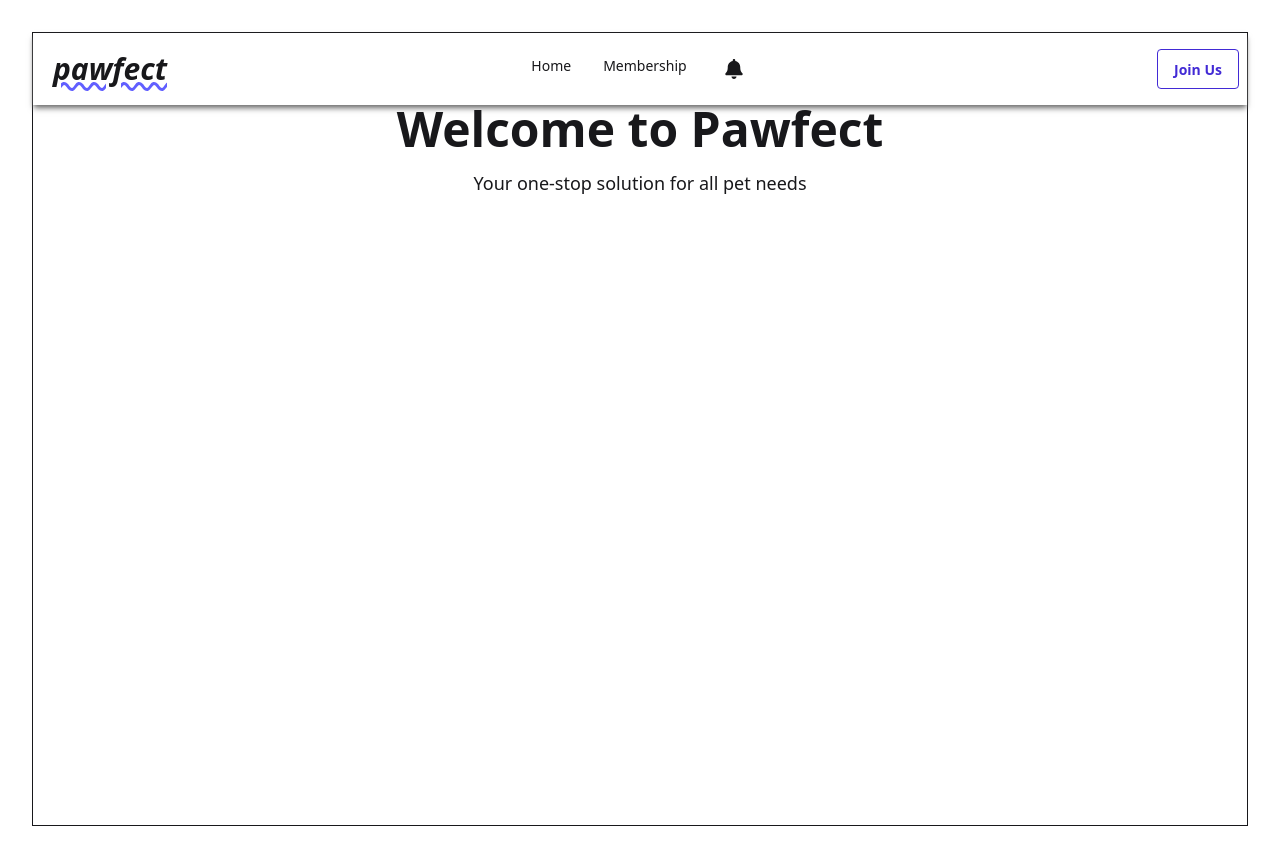
Repository: syedbayzid82849/DevForum_client_site
Page: /
These files come from the project's save history. The page is drawn as it stood at one moment and after a run of saves; the edit follows.
The browser window is 1280 px wide. The pictures show the whole page.
The project was rebuilt for these pictures with package versions that can differ from the ones it lists, and the page was loaded fresh each time. Also part of the build but not shown: vite.config.js, src/App.jsx, src/components/Navbar/JoinUsModal.jsx, src/pages/Authentication/Login.jsx, src/pages/Authentication/AuthLayout.jsx, src/pages/Authentication/Register.jsx.

Above is the page before, as saved 2025-07-08 22:51:25.

### src/main.jsx
import { StrictMode } from 'react'
import { createRoot } from 'react-dom/client'
import './index.css'
import App from './App.jsx'
import { RouterProvider } from 'react-router'
import router from './Routers/router.jsx'
import AuthProvider from './context/AuthProvider.jsx'

createRoot(document.getElementById('root')).render(
  <StrictMode>
    <AuthProvider>
      <RouterProvider router={router} />
    </AuthProvider>
  </StrictMode>,
)

### src/Routers/router.jsx
import React from 'react';
import { createBrowserRouter } from 'react-router';
import MainLayout from '../layouts/MainLayout/MainLayout';
import Login from '../pages/Authentication/Login';
import Home from '../pages/Home/Home';
import AuthLayout from '../pages/Authentication/AuthLayout';
import Register from '../pages/Authentication/Register';

const router = createBrowserRouter([
    {
        path: "/",
        element: <MainLayout></MainLayout>,
        children: [
            {
                index: true,
                element: <Home />,
            },
        ],
    },
    {
        path: "/",
        element: <AuthLayout />,
        children: [
            {
                path: "/login",
                element: <Login />,
            },
            {
                path: "/register",
                element: <Register />,
            },
        ],
    },
]);

export default router;

### src/context/AuthProvider.jsx
import React, { useEffect, useState } from 'react';
import { createUserWithEmailAndPassword, GithubAuthProvider, GoogleAuthProvider, onAuthStateChanged, signInWithEmailAndPassword, signInWithPopup, signOut, updateProfile } from "firebase/auth";
import { AuthContext } from '../context/AuthContext';
import { auth } from '../firebase/firebase.init';


const AuthProvider = ({ children }) => {
    const provider = new GoogleAuthProvider();
    // loading
    const [loading, setLoading] = useState(true);
    // user chack
    const [user, setUser] = useState(null);
    console.log(user);

    // create user with name, email, password, photoURL
    const createUserWithEP = (email, password) => {
        setLoading(true);
        return createUserWithEmailAndPassword(auth, email, password)
    }

    // log in user with email and password
    const loginUserWithEP = (email, password) => {
        setLoading(true);
        return signInWithEmailAndPassword(auth, email, password)
    }

    // sign in with google
    const userWithGoogle = () => {
        setLoading(true);
        return signInWithPopup(auth, provider)
    }


    // update user profile (new function)
    const updateUserProfile = (name, photo) => {
        setLoading(true);
        return updateProfile(auth.currentUser, {
            displayName: name,
            photoURL: photo
        });
    }

    // sign out user
    const signOutUser = () => {
        setLoading(true);
        return signOut(auth);
    }

    // // get all courses from the server
    // const getAllCourses = () => {
    //     setLoading(true);
    //     return axios.get('https://academix-hub-server.vercel.app/all-course')
    //         .then(response => {
    //             setLoading(false);
    //             return response.data;
    //         })
    //         .catch(error => {
    //             console.error("Error fetching courses:", error);
    //             throw error;
    //         });
    // }

    // user check
    useEffect(() => {
        const unsubscribe = onAuthStateChanged(auth, (currentUser) => {
            setUser(currentUser);
            setLoading(false);
        });
        return () => unsubscribe();
    }, []);



    const authInformation = {
        user,
        setUser,
        loading,
        setLoading,
        createUserWithEP,
        loginUserWithEP,
        userWithGoogle,
        updateUserProfile,
        signOutUser,
    };
    return (
        <AuthContext.Provider value={authInformation}>
            {children}
        </AuthContext.Provider>
    );
};

export default AuthProvider;

### src/layouts/MainLayout/MainLayout.jsx
import React from 'react';
import Navbar from '../../components/Navbar/Navbar';
import { Outlet } from 'react-router';

const MainLayout = () => {
    return (
        <div className=" mx-auto flex flex-col border">
            <Navbar />

            <main className="flex-1">
                <Outlet />
            </main>

            {/* <Footer /> */}
        </div>
    );
};

export default MainLayout;

### src/pages/Home/Home.jsx
import React from 'react';
import HeroSection from './HeroSection';

const Home = () => {
    return (
        <div className='min-h-screen max-w-7xl mx-auto flex flex-col px-4 lg:px-7 '>
            <HeroSection />
        </div>
    );
};

export default Home;

### src/firebase/firebase.init.js
// Import the functions you need from the SDKs you need
import { initializeApp } from "firebase/app";
import { getAuth } from "firebase/auth";

// TODO: Add SDKs for Firebase products that you want to use
// https://firebase.google.com/docs/web/setup#available-libraries

// Your web app's Firebase configuration
const firebaseConfig = {
    apiKey: import.meta.env.VITE_apiKey, // Use VITE_ prefix for environment variables in Vite
    authDomain: import.meta.env.VITE_authDomain, // Use VITE_ prefix for environment variables in Vite
    projectId: import.meta.env.VITE_projectId, // Use VITE_ prefix for environment variables in Vite
    storageBucket: import.meta.env.VITE_storageBucket, // Use VITE_ prefix for environment variables in Vite
    messagingSenderId: import.meta.env.VITE_messagingSenderId, // Use VITE_ prefix for environment variables in Vite
    appId: import.meta.env.VITE_appId // Use VITE_ prefix for environment variables in Vite
};

// Initialize Firebase
const app = initializeApp(firebaseConfig);


// Initialize Firebase Authentication and get a reference to the service
export const auth = getAuth(app);

### src/components/Navbar/Navbar.jsx
import { Link, NavLink } from "react-router";
import { FaBell, FaBars } from "react-icons/fa";
import { FiLogOut } from "react-icons/fi";
import { MdDashboard } from "react-icons/md";
import JoinUsModal from "./JoinUsModal";
import React, { useContext } from "react";
import { AuthContext } from "../../context/AuthContext";

const Navbar = () => {
    const { user , logOut } = useContext(AuthContext);
    // logout system
    const handleLogOut = () => {
        console.log("Logout clicked");
        logOut();
    };
    const navItems = (
        <>
            <li>
                <NavLink to="/" className="font-medium">Home</NavLink>
            </li>
            <li>
                <NavLink to="/membership" className="font-medium">Membership</NavLink>
            </li>
            {user && (
                <>
                    <li>
                        <NavLink to="/dashboard" className="font-medium flex items-center gap-1">
                            <MdDashboard />
                            Dashboard
                        </NavLink>
                    </li>
                    <li>
                        <button onClick={() => handleLogOut()} className="font-medium flex items-center gap-1">
                            <FiLogOut />
                            Logout
                        </button>
                    </li>
                </>
            )}
            <li>
                <button className="btn btn-ghost text-xl">
                    <FaBell />
                </button>
            </li>
        </>
    );
    const [isModalOpen, setIsModalOpen] = React.useState(false);


    return (
        <>
            <div className="bg-base-100 w-full  shadow-md shadow-neutral-500 ">
                <div className="navbar max-w-7xl mx-auto ">

                    {/* Navbar Start */}
                    <div className="navbar-start flex items-center gap-2">
                        {/* Hamburger Menu (Mobile only) */}
                        <div className="dropdown">
                            <div tabIndex={0} className="btn btn-ghost pl-2 lg:hidden">
                                <FaBars className="text-xl" />
                            </div>
                            <ul
                                tabIndex={0}
                                className="menu menu-sm dropdown-content mt-3 z-[50] p-3 shadow bg-base-100 rounded-box w-52 space-y-1"
                            >
                                {navItems}
                            </ul>
                        </div>

                        {/* Logo - large screen only */}
                        <Link to="/" className="hidden lg:flex justify-center items-center ml-1">
                            <span className="text-3xl font-semibold italic underline decoration-wavy decoration-indigo-500">
                                pawfect
                            </span>
                        </Link>
                    </div>

                    {/* Logo - small screen only */}
                    <div className="navbar-center lg:hidden">
                        <Link to="/" className="ml-2">
                            <span className="text-3xl font-semibold italic underline decoration-wavy decoration-indigo-500">
                                pawfect
                            </span>
                        </Link>
                    </div>

                    {/* Large screen nav menu */}
                    <div className="navbar-center hidden lg:flex">
                        <ul className="menu menu-horizontal px-1 space-x-2">{navItems}</ul>
                    </div>

                    {/* Navbar End - Profile Dropdown */}
                    <div className="navbar-end">
                        {user ? (
                            // Logged-in view: show profile dropdown
                            <div className="dropdown dropdown-end">
                                <div tabIndex={0} className="btn btn-circle avatar online">
                                    <img
                                        src={user.photoURL || "/src/assets/user-default.jpg"}
                                        alt="Profile"
                                        className="rounded-full w-10 h-10"
                                    />
                                </div>
                                <ul
                                    tabIndex={0}
                                    className="mt-3 z-[50] p-2 shadow menu menu-sm dropdown-content bg-base-100 rounded-box w-52"
                                >
                                    <li>
                                        <p className="text-sm text-center font-semibold">
                                            {user.displayName}
                                        </p>
                                    </li>
                                    <li>
                                        <Link to="/dashboard">
                                            <MdDashboard />
                                            Dashboard
                                        </Link>
                                    </li>
                                    <li>
                                        <button onClick={() => handleLogOut()} className="flex items-center gap-1">
                                            <FiLogOut />
                                            Logout
                                        </button>
                                    </li>
                                </ul>
                            </div>
                        ) : (
                            // Not logged in: show Join Us button
                            <button
                                onClick={() => setIsModalOpen(true)}
                                className="btn btn-outline btn-primary ">
                                Join Us
                            </button>
                        )}
                    </div>
                </div>
            </div>
            {/* Join Us Modal */}
            {isModalOpen && <JoinUsModal closeModal={() => setIsModalOpen(false)} />}
        </>
    );
};

export default Navbar;

### src/pages/Home/HeroSection.jsx
import React from 'react';

const HeroSection = () => {
    return (
        <div>
            <h1 className="text-5xl font-bold">Welcome to Pawfect</h1>
            <p className="mt-4 text-lg">Your one-stop solution for all pet needs</p>
        </div>
    );
};

export default HeroSection;

Loaded but not shown: index.html (common file); src/index.css (common file); src/App.css (common file); src/context/AuthContext.jsx (common file)

After the next 5 saves:
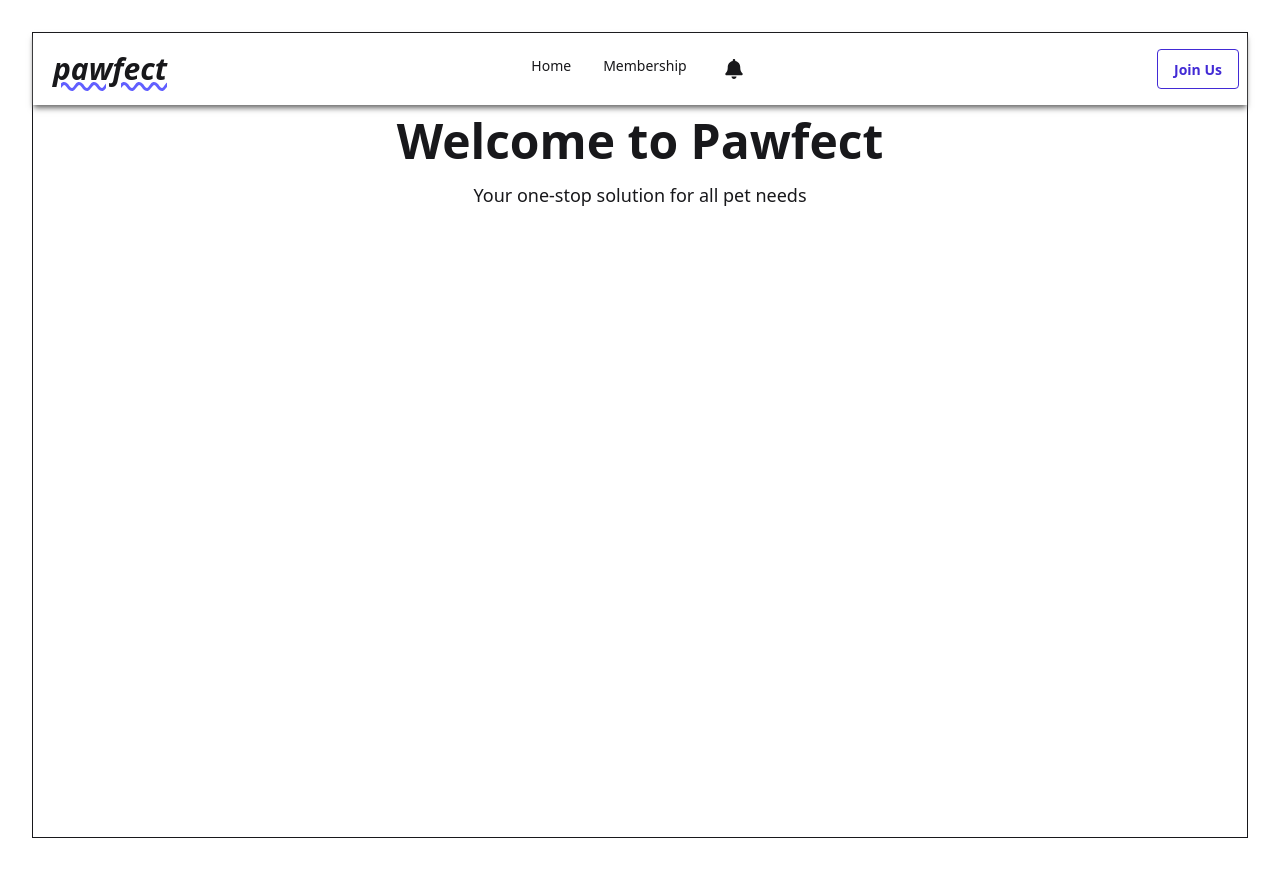
The 5 saves are shown as one change because they came seconds apart.
The last was saved 20 s later.
--- a/src/components/Navbar/Navbar.jsx
+++ b/src/components/Navbar/Navbar.jsx
@@ -49,7 +49,7 @@ const Navbar = () => {
 
     return (
         <>
-            <div className="bg-base-100 w-full  shadow-md shadow-neutral-500 ">
+            <div className="bg-base-100 w-full mb-3 shadow-md shadow-neutral-500 ">
                 <div className="navbar max-w-7xl mx-auto ">
 
                     {/* Navbar Start */}
